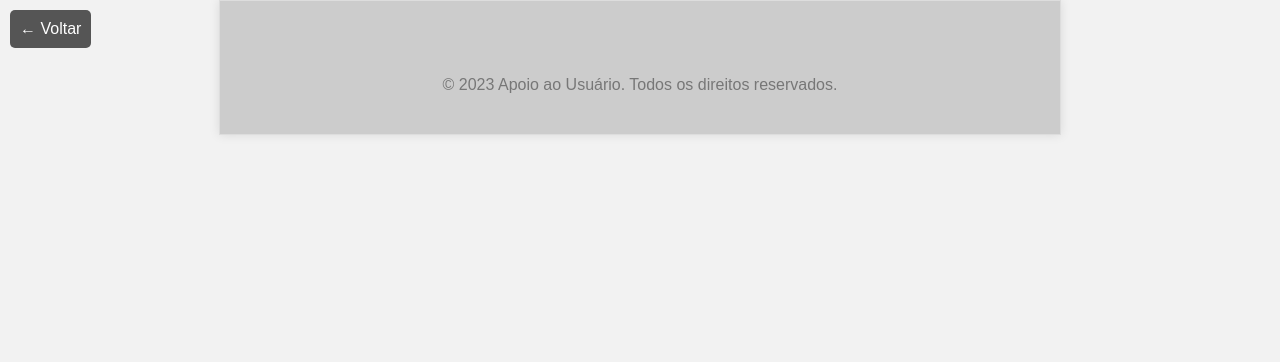
Repository: I4guito/dicasdez
Page: Dicas site/Dicas/sobreimagens.html
The author's editor kept a copy of each file at every save. The page is drawn from the files as they stood at one save, then again after the next save.
The browser window is 1280 px wide. The pictures show the whole page.

Above is the page before, as saved 2023-12-07 15:49:23.

### Dicas site/Dicas/sobreimagens.html
<!DOCTYPE html>
<html lang="pt-br">
<head>
    <meta charset="UTF-8">
    <meta name="viewport" content="width=device-width, initial-scale=1.0">
    <link rel="stylesheet" href="padrao.css">
    <script src="/Dicas site/script.js"></script>
    <title>Dicas 10 - </title>
</head>
<body>
    <div class="container">
        <header>
        <a href="javascript:history.back()" class="voltar-btn">&#8592; Voltar</a>
            <h1> </h1>
        </header>
        <section>
            <h2>  </h2>
            <ul>
                <li></li>
                <li></li>
            </ul>
        </section><br>
        <footer>
            <p>&copy; 2023 Apoio ao Usuário. Todos os direitos reservados.</p>
        </footer>
    </div>
</body>
</html>

### Dicas site/Dicas/padrao.css
body {
    font-family: 'Arial', sans-serif;
    margin: 0;
    padding: 0;
    background-color: #f2f2f2;
    color:#fff
}

.container {
    max-width: 800px;
    margin: 0 auto;
    background-color: #ccc;
    padding: 20px;
    box-shadow: 0 0 10px rgba(0, 0, 0, 0.1);
    border: 1px solid #ddd;
    color: #333;
}

header, section, footer {
    margin-bottom: 20px;
}

header h1, section h2 {
    color: #333;
}

ul {
    list-style: none;
    padding: 0;
}

li {
    margin-bottom: 10px;
}

footer {
    text-align: center;
    color: #777;
}

.voltar-btn {
    position: absolute;
    left: 10px;
    top: 10px;
    text-decoration: none;
    color: #fff;
    font-size: 16px;
    padding: 10px;
    background-color: #555;
    border: none;
    border-radius: 5px;
    cursor: pointer;
    transition: background-color 0.3s;
}

.voltar-btn:hover {
    background-color: #777;
}

img {

    margin-inline: 5cm;
    max-width: 100%;
    border-radius: 3%;
}

.link-instrucoes {
    font-family:cursive;
    width: 50px;
    left: 10px;
    text-decoration: none;
    color: #fff;
    font-size: 25px;
    padding: 3px;
    background-color: #555;
    border: none;
    border-radius: 10px;
    cursor: pointer;
    transition:  background-color 0.3s;
}

.link-instrucoes:hover {
    background-color:#777
}

.step {
    max-width: 800px;
    margin: 0 auto;
    background-color: #333;
    padding: 20px;
    box-shadow: 0 0 10px rgba(0, 0, 0, 0.1);
    border: 1px solid #ddd;
    color: #333;
    margin-bottom: 40px;
    padding: 20px;
    border-radius: 8px;
    box-shadow: 0 4px 8px rgba(0, 0, 0, 0.1);
}



.container img {
    display: block;
    max-width: 35%;
    height: auto;
    display: block;
    margin: 20px auto;
    border-radius: 8px;
    box-shadow: 0 4px 8px rgba(0, 0, 0, 0.1);


}

.image-zoom input[type="checkbox"] {
    display: none;
}

.image-zoom img {
    max-width: 100%;
    height: auto;
    cursor: pointer;
    transition: transform 0.3s ease-in-out;
}

.image-zoom input[type="checkbox"]:checked + img {
    transform: scale(1.5);
}

### Dicas site/script.js
function filterItems() {
    var searchBar = document.getElementById('searchBar');
    var filter = searchBar.value.toUpperCase();

    var columns = document.getElementsByClassName('column');
    for (var i = 0; i < columns.length; i++) {
        var boxes = columns[i].getElementsByClassName('box');
        for (var j = 0; j < boxes.length; j++) {
            var item = boxes[j];
            var textValue = item.textContent || item.innerText;
            if (textValue.toUpperCase().indexOf(filter) > -1) {
                item.style.display = "";
            } else {
                item.style.display = "none";
            }
        }
    }
}

function openPage(pageName) {
    window.location.href = pageName + '.html';
}

const isOpera = navigator.userAgent.indexOf("OPR") > -1;

if (isOpera) {
    document.addEventListener("DOMContentLoaded", function () {
        const containers = document.querySelectorAll(".container");
        containers.forEach(function (container) {
            container.style.backgroundColor = "#005c4b";
            container.style.color = "#333";
        });
    });
}

After the next save:
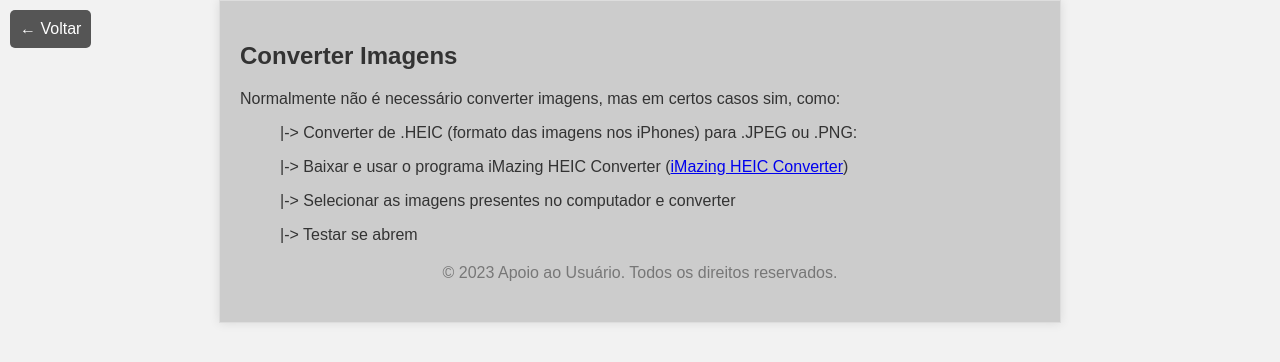
Saved 1 s later.
--- a/Dicas site/Dicas/sobreimagens.html
+++ b/Dicas site/Dicas/sobreimagens.html
@@ -14,12 +14,17 @@
             <h1> </h1>
         </header>
         <section>
-            <h2>  </h2>
+            <h2>Converter Imagens</h2>
             <ul>
-                <li></li>
-                <li></li>
+                <li>
+                    Normalmente não é necessário converter imagens, mas em certos casos sim, como:
+                    <blockquote>|-> Converter de .HEIC (formato das imagens nos iPhones) para .JPEG ou .PNG:</blockquote>
+                    <blockquote>|-> Baixar e usar o programa iMazing HEIC Converter (<a href="https://imazing.com/heic" target="_blank">iMazing HEIC Converter</a>)</blockquote>
+                    <blockquote>|-> Selecionar as imagens presentes no computador e converter</blockquote>
+                    <blockquote>|-> Testar se abrem</blockquote>
+                </li>
             </ul>
-        </section><br>
+        </section>
         <footer>
             <p>&copy; 2023 Apoio ao Usuário. Todos os direitos reservados.</p>
         </footer>
